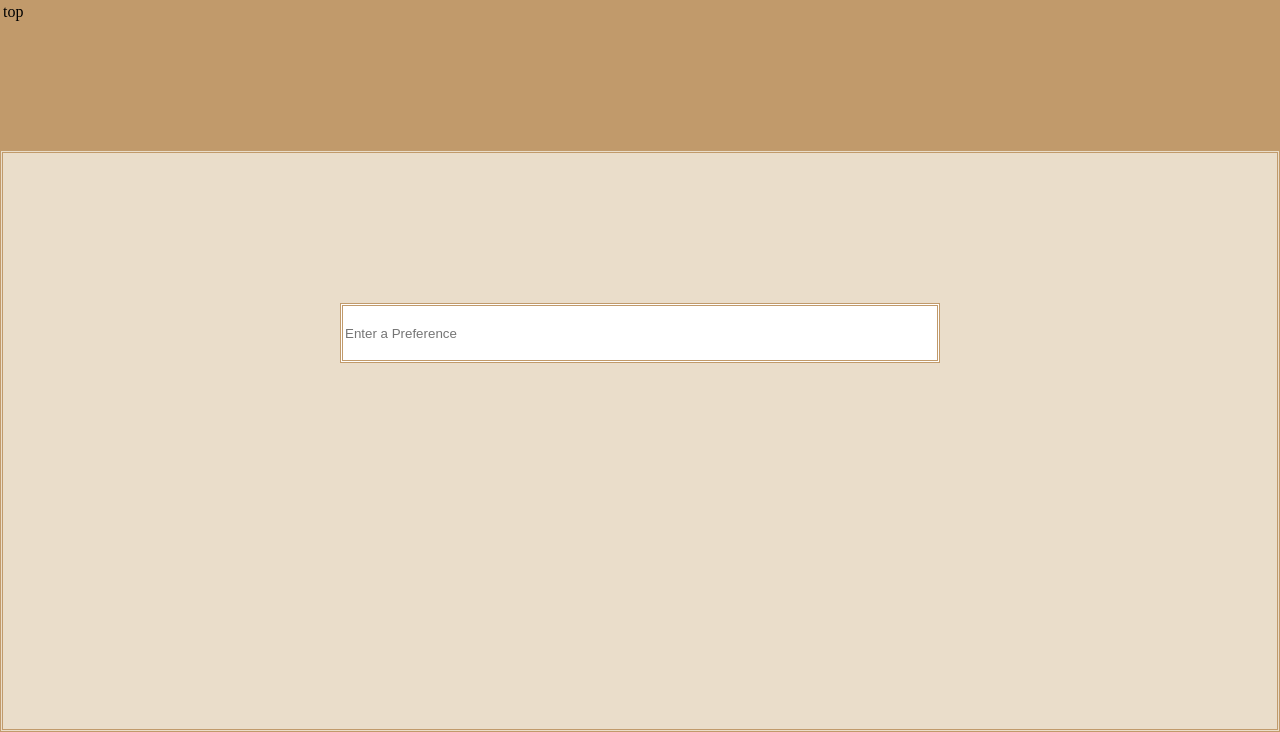
Repository: joshliu14/Travel-Mug
Page: /search
The author's editor kept a copy of each file at every save. The page is drawn from the files as they stood at one save, then again after the next save.
The browser window is 1280 px wide. The pictures show the whole page.
The project was rebuilt for these pictures with package versions that can differ from the ones it lists, and the page was loaded fresh each time.

Above is the page before, as saved 2024-01-02 12:44:22.

### public/index.html
<!DOCTYPE html>
<html lang="en">
  <head>
    <meta charset="utf-8" />
    <link rel="icon" href="%PUBLIC_URL%/favicon.ico" />
    <link rel="stylesheet" href="./index.css" />
    <meta name="viewport" content="width=device-width, initial-scale=1" />
    <meta name="theme-color" content="#000000" />
    <meta
      name="description"
      content="Web site created using create-react-app"
    />
    <link rel="apple-touch-icon" href="%PUBLIC_URL%/logo192.png" />
    <!--
      manifest.json provides metadata used when your web app is installed on a
      user's mobile device or desktop. See https://developers.google.com/web/fundamentals/web-app-manifest/
    -->
    <link rel="manifest" href="%PUBLIC_URL%/manifest.json" />
    <!--
      Notice the use of %PUBLIC_URL% in the tags above.
      It will be replaced with the URL of the `public` folder during the build.
      Only files inside the `public` folder can be referenced from the HTML.

      Unlike "/favicon.ico" or "favicon.ico", "%PUBLIC_URL%/favicon.ico" will
      work correctly both with client-side routing and a non-root public URL.
      Learn how to configure a non-root public URL by running `npm run build`.
    -->
    <title>Travel Mug</title>
  </head>
  <body>
    <noscript>You need to enable JavaScript to run this app.</noscript>
    <div id="root"></div>
    <!--
      This HTML file is a template.
      If you open it directly in the browser, you will see an empty page.

      You can add webfonts, meta tags, or analytics to this file.
      The build step will place the bundled scripts into the <body> tag.

      To begin the development, run `npm start` or `yarn start`.
      To create a production bundle, use `npm run build` or `yarn build`.
    -->
  </body>
</html>

### src/index.js
import React from "react";
import ReactDOM from "react-dom";
import App from "./App";

import { BrowserRouter } from "react-router-dom";

ReactDOM.render(
  <BrowserRouter>
    <App />
  </BrowserRouter>,
  document.getElementById("root")
);

### src/App.js
import React from "react";
import Home from "./Home";

import { Switch, Route } from "react-router-dom";

const App = () => {
  return (
    <Switch>
      <Route exact path="/search">
        <Home />
      </Route>
    </Switch>
  );
};

export default App;

### src/Home.js
import React from "react";
import "./Home.css";

class Search extends React.Component {
  render() {
    return (
      <div>
        <div className="top">top</div>
        <div className="bottom">
          <div className="search-bar-container">
            <input className="search-bar" placeholder="Enter a Preference" />
          </div>
        </div>
      </div>
    );
  }
}

export default Search;

### src/Home.css
.top {
  background-color: #c19a6b;
  display: flex;
  min-width: fit-content;
  min-height: 20vh;
  border-width: 3px;
  border-color: #c19a6b;
  border-style: double;
}

.bottom {
  background-color: #eaddca;
  display: flex;
  justify-content: center;
  min-width: fit-content;
  min-height: 80vh;
  border-width: 3px;
  border-color: #c19a6b;
  border-style: double;
}

.search-bar-container {
  justify-content: center;
  padding: 150px;
}

.search-bar {
  width: 600px;
  height: 60px;
  box-sizing: border-box;
  border-width: 3px;
  border-color: #c19a6b;
  border-style: double;
}

### public/index.css
html,
body {
  margin: 0px;
  padding: 0px;
}

After the next save:
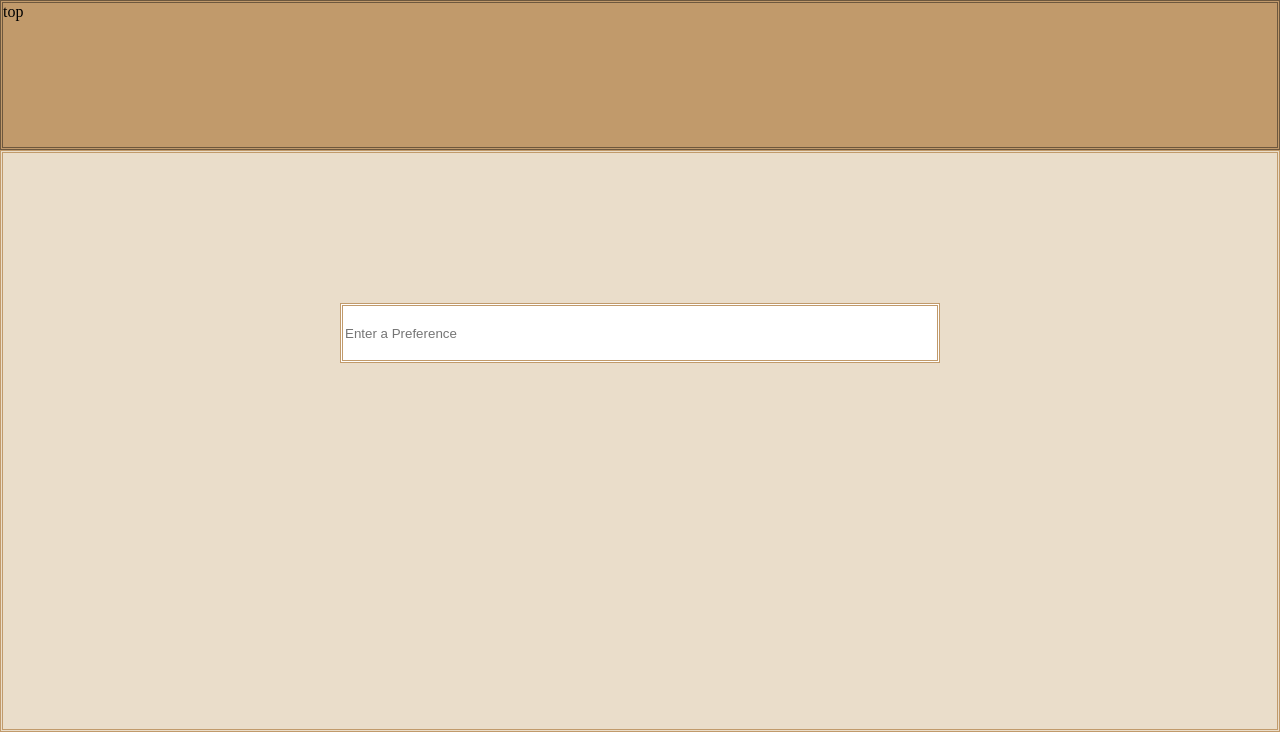
Saved 44 s later.
--- a/src/Home.css
+++ b/src/Home.css
@@ -4,7 +4,7 @@
   min-width: fit-content;
   min-height: 20vh;
   border-width: 3px;
-  border-color: #c19a6b;
+  border-color: #6d573d;
   border-style: double;
 }
 
